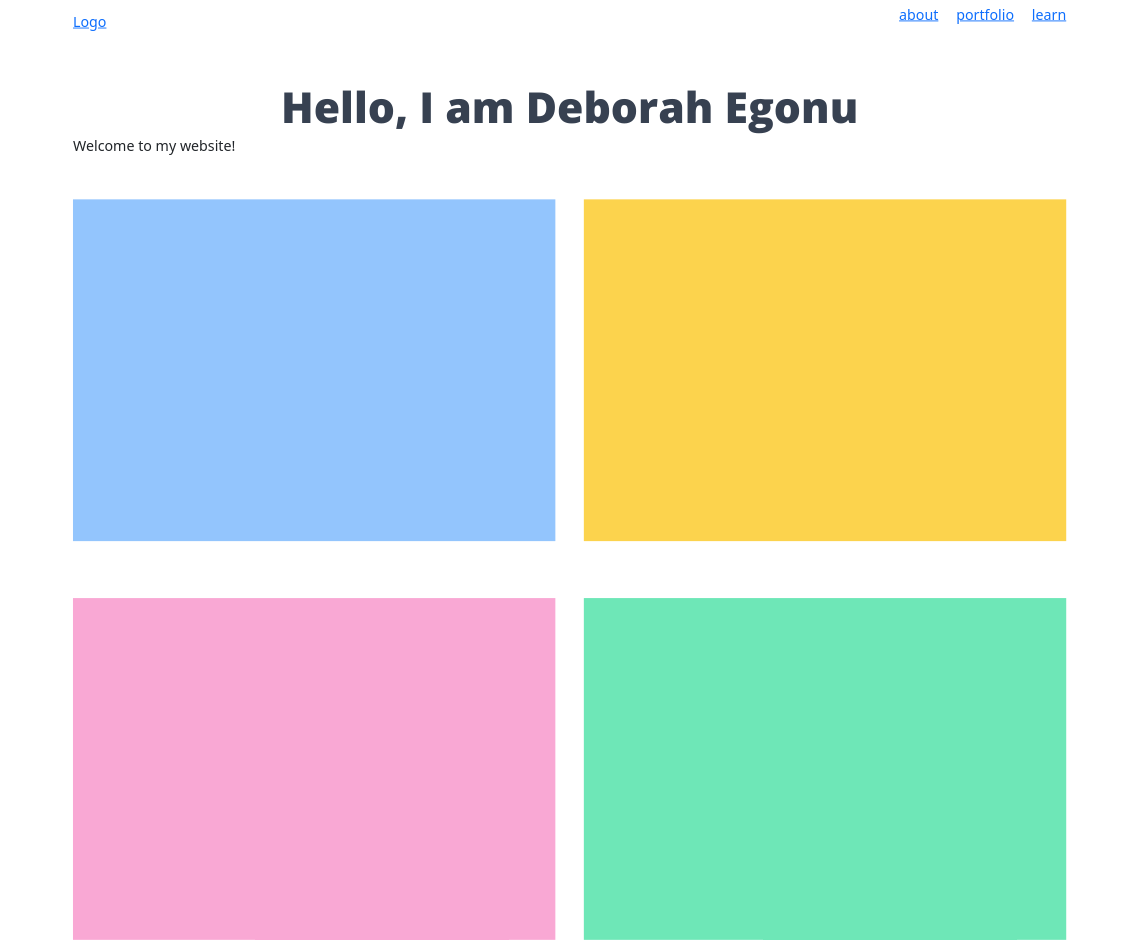
Repository: latenightsnacc/codewithdeb
Page: index.html
These files come from the project's save history. The page is drawn as it stood at one moment and after the next save; the edit follows.
The browser window is 1280 px wide. The pictures show the whole page, at 89% of full size.

Above is the page before, as saved 2021-06-07 11:28:18.

### index.html
<!DOCTYPE html>
<html lang="en">
<head>
    <meta charset="UTF-8">
    <meta http-equiv="X-UA-Compatible" content="IE=edge">
    <meta name="viewport" content="width=device-width, initial-scale=1.0">
    <!--TAILWIND CDN-->
    <link href="https://unpkg.com/tailwindcss@^2/dist/tailwind.min.css" rel="stylesheet">
    <!--BOOTSTRAP CDN-->
    <link href="https://cdn.jsdelivr.net/npm/bootstrap@5.0.1/dist/css/bootstrap.min.css" rel="stylesheet" integrity="sha384-+0n0xVW2eSR5OomGNYDnhzAbDsOXxcvSN1TPprVMTNDbiYZCxYbOOl7+AMvyTG2x" crossorigin="anonymous">
    <!--Page Title-->
    <title>HOME - DEBORAH EGONU</title>
    <style>
        @import url('https://fonts.googleapis.com/css2?family=Open+Sans:wght@300;400;600;700;800&display=swap');
        h1 {
            font-family: 'Open Sans', sans-serif;
            font-weight: 800;
        }
        .fade-in-up {
            animation: fade-in 300ms ease-out;
        }
        @keyframes fade-in {
            from {
                opacity: 0;
                transform: 'translateY(10px)';
            }
            to {
                opacity: 1;
                transform:'translateY(0)';
            }
        }
    </style>
</head>
<body>
    <!--NAVIGATION BAR / HEADER-->
    <nav>
        <div class="container">
            <div class="flex flex-row justify-between h-12 items-center">
                <!--LOGO-->
                <a href="index.html">
                    Logo
                </a>
                <!--MENU-->
                <ul class="flex flex-row">
                    <li class="mr-5">
                        <a href="">about</a>
                    </li>
                    <li class="mr-5">
                        <a href="">portfolio</a>
                    </li>
                    <li class="">
                        <a href="">learn</a>
                    </li>
                </ul>
            </div>

        </div>
    </nav>
    <div class="h-12"></div>
    <!--H1 TEXT-->
    <div class="container">
        <h1 class="text-center text-xl lg:text-5xl text-gray-700">Hello, I am Deborah Egonu </h1>
        <span class="font-normal py-5">Welcome to my website!</span>
    </div>

    <div class="h-12"></div>
    <!--GRID-->
    <div class="container">
        <div class="grid grid-cols-1 md:grid-cols-2 gap-x-8 gap-y-16">
            <div class="bg-blue-300 relative w-100 h-96 group">

                <div class="absolute -top-10 left-0 opacity-0 w-50 group-hover:opacity-100 bg-blue-300">
                    <h1 class="uppercase text-gray-50">portfolio</h1>
                </div>

            </div>
            <a href="learn.html">
                <div class="bg-yellow-300  relative w-100 h-96 group">
                    <div class="absolute -top-10 left-0 opacity-0 w-50 group-hover:opacity-100 bg-yellow-300">
                        <h1 class="uppercase text-gray-50">learn</h1>
                    </div>
                </div>
            </a>

            <div class="bg-pink-300 relative w-100 h-96 group">
                <div class="absolute -top-10 left-0 opacity-0 w-50 group-hover:opacity-100 bg-pink-300">
                    <h1 class="uppercase text-gray-50">lifestyle</h1>
                </div>
            </div>
            <div class="bg-green-300 relative w-100 h-96 group">
                <div class="absolute -top-10 left-0 opacity-0 w-50 group-hover:opacity-100 bg-green-300">
                    <h1 class="uppercase text-gray-50">library</h1>
                </div>
            </div>
        </div>
    </div>
</body>
</html>

After the next save:
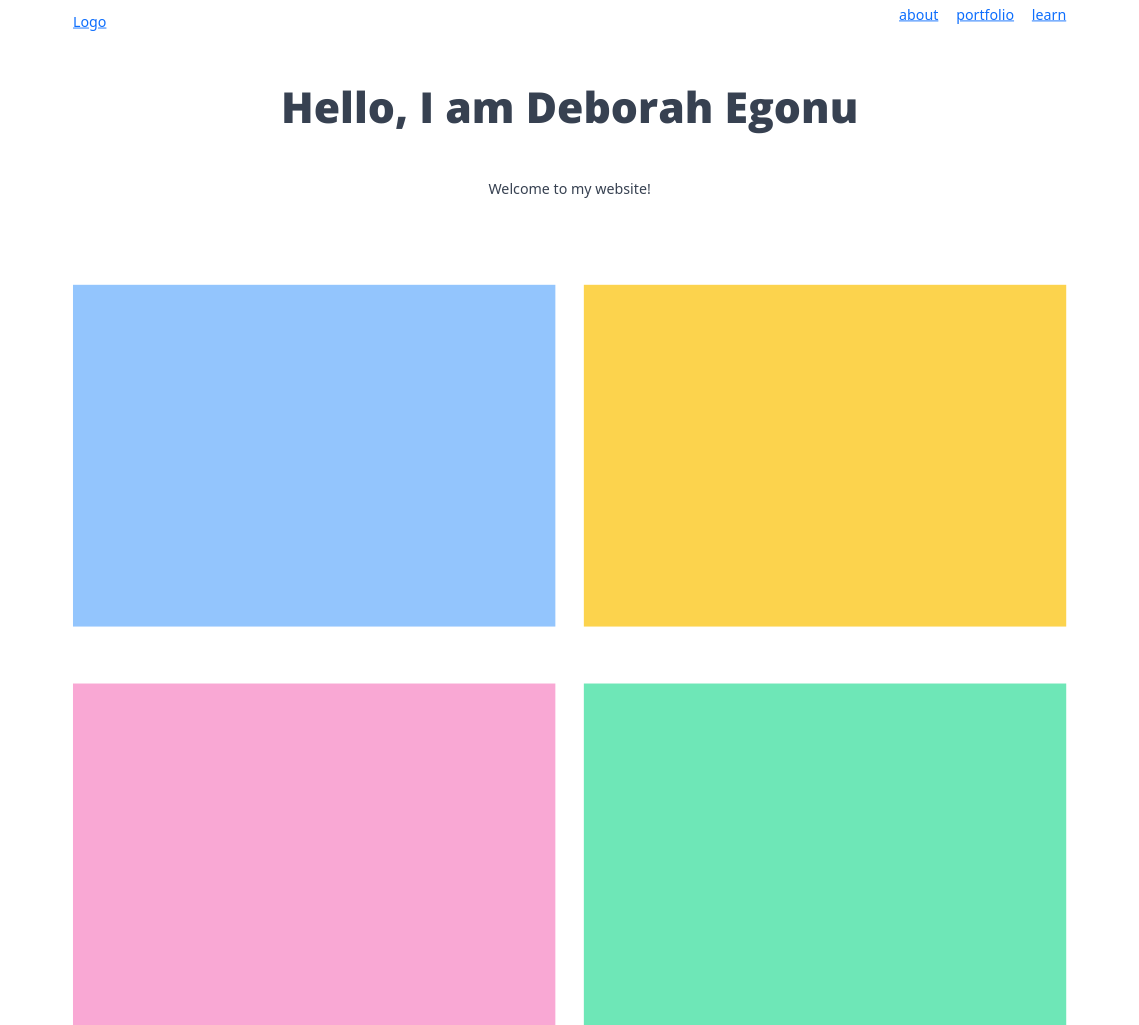
Saved 28 s later.
--- a/index.html
+++ b/index.html
@@ -60,7 +60,7 @@
     <!--H1 TEXT-->
     <div class="container">
         <h1 class="text-center text-xl lg:text-5xl text-gray-700">Hello, I am Deborah Egonu </h1>
-        <span class="font-normal py-5">Welcome to my website!</span>
+        <div class="font-normal py-5 text-gray-700 text-center">Welcome to my website!</div>
     </div>
 
     <div class="h-12"></div>
